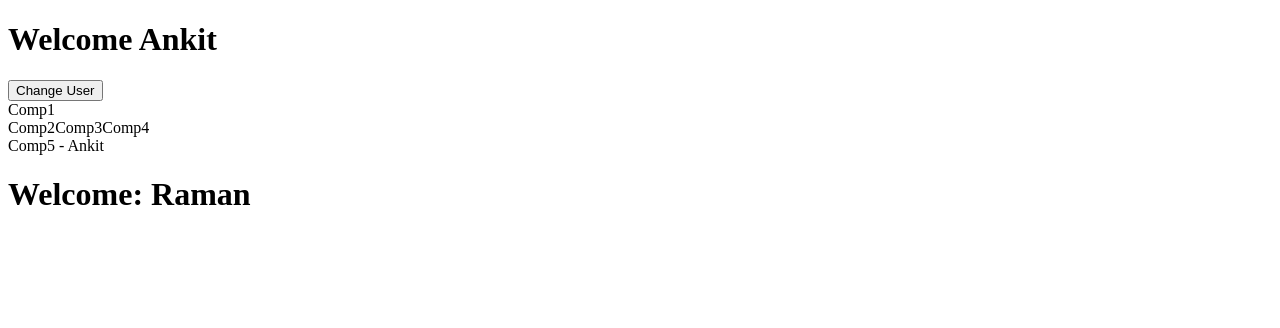
Repository: ankitgujre01/myAppContext2
Page: /
An editor plug-in stored every save of this project. The page is shown before and after a run of saves, followed by the edit.
The browser window is 1280 px wide. The pictures show the whole page.
The project was rebuilt for these pictures with package versions that can differ from the ones it lists, and the page was loaded fresh each time. Also part of the build but not shown: vite.config.js.

Above is the page before, as saved 2025-04-16 18:03:37.

### src/App.jsx
import React from 'react'
import { useState, createContext } from 'react';
import Comp1 from './Comp1';
import Cybrom from './Cybrom';


const myContext = createContext();

const App = () => {

  const [name, setName] = useState("Raman");

  const [user, setUser] = useState("Ankit");

  return (
    <>
      <h1>Welcome {user}</h1>
      <button onClick={() => setUser("Ankit Kumar")}>Change User</button>
      <myContext.Provider value={{ user, setUser }}>
        <Comp1 />

      </myContext.Provider>

      <myContext.Provider value={{ name, setName }}>
        <Cybrom />
      </myContext.Provider>
    </>
  )
}

export default App;
export { myContext };

### src/Comp1.jsx
import React from 'react'
import Comp2 from './Comp2';
const Comp1 = ({user}) => {
    return (
      <>
      <div>Comp1</div>
            <Comp2 user={user} />
            </>
  )
}

export default Comp1;

### src/Cybrom.jsx
import React from 'react'
import { useContext } from 'react';
import { myContext } from './App';
const Cybrom = () => {
    const { name } = useContext(myContext);
    console.log(name);
  return (
      <>
          <h1>Welcome: {name} </h1>
      </>
  )
}

export default Cybrom;

### src/Comp2.jsx
import React from 'react'
import Comp3 from './Comp3';


const Comp2 = ({user}) => {
  return (
      <div>Comp2
          <Comp3 user={user}/>
    </div>
  )
}

export default Comp2;

### src/Comp3.jsx
import React from 'react'
import Comp4 from './Comp4';

const Comp3 = ({user}) => {
  return (
      <>
          Comp3
          <Comp4 user={user}/>
      </>
  )
}

export default Comp3;

### src/Comp4.jsx
import React from 'react'
import Comp5 from './Comp5';


const Comp4 = ({user}) => {
  return (
      <>
          Comp4
          <Comp5 user={user}/>
      </>
  )
}

export default Comp4;

### src/Comp5.jsx
import React, { useContext } from 'react';
import { myContext } from './App';

const Comp5 = () => {
  const { user } = useContext(myContext);

  return (
    <>
      <div>Comp5 - {user}</div>
    </>
  );
};

export default Comp5;

Loaded but not shown: index.html (common file); src/main.jsx (common file)

After the next 3 saves:
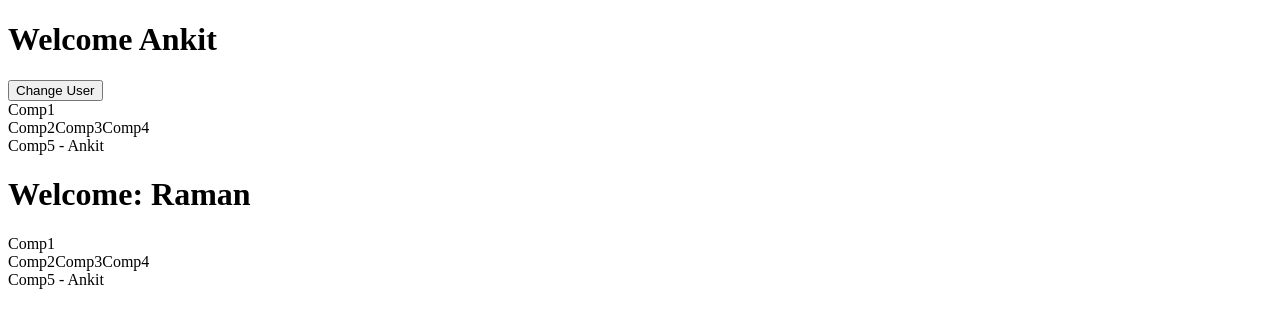
The 3 saves are shown as one change because 2 did not build or start.
The last was saved 18 s later.
--- a/src/App.jsx
+++ b/src/App.jsx
@@ -24,6 +24,10 @@ const App = () => {
       <myContext.Provider value={{ name, setName }}>
         <Cybrom />
       </myContext.Provider>
+
+      <myContext.Provider value={{ user, setUser }}>
+        <Comp1 />
+      </myContext.Provider>
     </>
   )
 }
